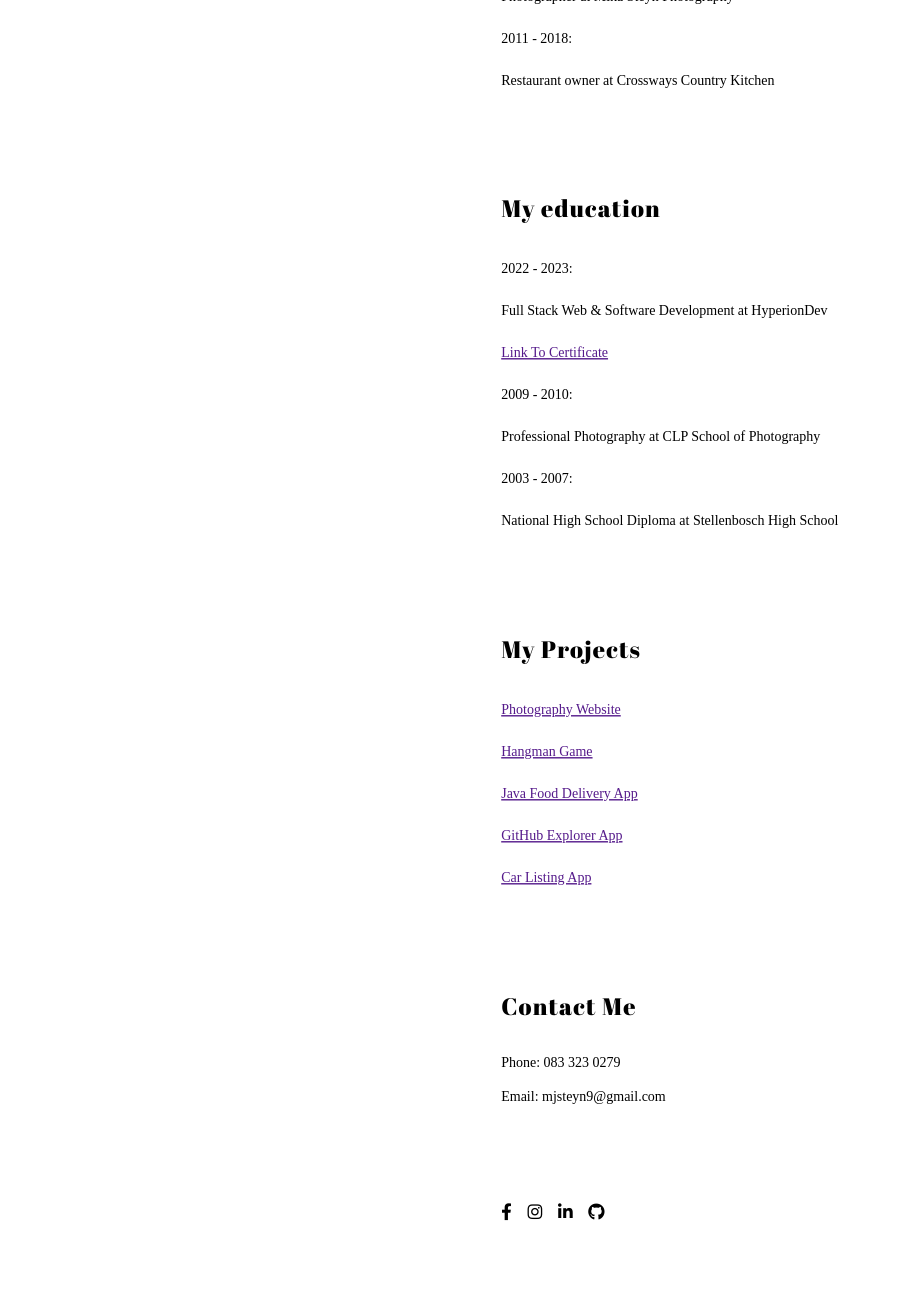
Repository: mikasteyn999/My-CV-Website
Page: index.html
These files come from the project's save history. The page is drawn as it stood at one moment and after the next save; the edit follows.
The browser window is 1280 px wide. The page is 1312 px wide, so the pictures cover 1312 px, including what lies to the right of the window. The pictures show the part of the page from y = 2362 to 4242 px (the page is 4242 px tall), at 70% of full size.
Some web fonts or font styles are not loaded; a fallback is used.

Above is the page before, as saved 2023-06-04 12:45:34.

### index.html
<!doctype html>
<html lang="en">
    <head>
        <!-- PAGE TITLE -->
        <title>Mika Steyn CV</title>
        <!-- FONTS -->
        <link href="https://fonts.googleapis.com/css?family=Abril+Fatface%7CArapey&amp;subset=latin-ext" rel="stylesheet">
        <!-- STYLESHEETS -->
        <link rel="stylesheet" type="text/css" href="assets/css/main.css">
        <link rel="stylesheet" href="https://cdnjs.cloudflare.com/ajax/libs/font-awesome/5.15.3/css/all.min.css">
    </head>
    <body>
        <!-- IMAGE CONTAINER -->
        <div class="image-container">
            <div class="background-img"></div>
        </div>
        <!-- CONTENT AREA -->
        <div class="content-area">
            <!-- CONTENT AREA INNER -->
            <div class="content-area-inner">
                <!-- INTRO -->
                <section id="intro">
                    <!-- CONTAINER MID -->
                    <div class="container-mid">
                            <h1>I’m Mika Steyn</h1>
                            <p class="subline">DEVELOPER  |  PHOTOGRAPHER  |  DATA ANALYST</p>
                    </div>
                </section>
                <!-- ABOUT -->
                <section id="about">
                    <h3>Why I can help you</h3>
                    <br>
                    <p>I am a multi-talented professional with a unique combination of skills in software development, photography, and data analysis. With a diploma in Full Stack Web & Software Development, I have a strong technical background and am proficient in several programming languages.
                        <br>
                        <br>
                        In addition to my expertise in software development, I have a passion for photography and have been honing my skills for several years. My focus is mostly on weddings & portraiture, playing with natural light in compelling ways.
                        <br>
                        <br>
                        Finally, I have a strong analytical mind and a deep understanding of data analysis. I have experience working with large datasets in the land surveying sector.
                        <br>
                        br
                        With a diverse skill set and a passion for learning new things, I am a dynamic professional who is able to take on a wide range of challenges and deliver exceptional results.</p></p>
                </section>
                <!-- SKILLS -->
                <section id="skills">
                    <h3>My skills</h3>
                    <!-- SKILLS LIST -->
                    <ul class="skills-list">
                        <li>Full Stack Web & Software Development</li>
                        <li>Wedding & Lifestyle Photography</li>
                        <li>Editing</li>
                        <li>Team Management</li>
                    </ul>
                    <h6>Programming Languages, Libraries & Frameworks:</h6>
                    <p>Javascript, HTML5, CSS, Java, SQL, Laravel, React, Node, Express, Mongo, Mongoose, Wordpress, PHP, Git & GitHub</p>
                </section>
                <!-- WORK EXPERIENCE -->
                <section id="work">
                    <h3>My work experience</h3>
                <!-- WORK LIST -->
                    <ul class="work-list">
                        <li>2021 - current:
                            <br>
                            3D Data Analyst at GN Surveys</li>
                        <li>2018 - current:
                            <br>
                            Photographer at Mika Steyn Photography</li>
                        <li>2011 - 2018:
                            <br>
                            Restaurant owner at Crossways Country Kitchen</li>
                    </ul>
                </section>
                <!-- EDUCATION -->
                <section id="education">
                    <h3>My education</h3>
                <!-- EDUCATION LIST -->
                    <ul class="education-list">
                        <li>2022 - 2023:
                            <br>
                            Full Stack Web & Software Development at HyperionDev
                            <br>
                            <a href="">Link To Certificate</a>
                        </li>
                        <li>2009 - 2010:
                            <br>
                            Professional Photography at CLP School of Photography</li>
                        <li>2003 - 2007:
                            <br>
                            National High School Diploma at Stellenbosch High School</li>
                    </ul>
                </section>
                <!-- PROJECTS -->
                <section id="projects">
                    <h3>My Projects</h3>
                    <!-- SKILLS LIST -->
                    <ul class="projects-list">
                        <li><a href="">Photography Website</a></li>
                        <li><a href="">Hangman Game</a></li>
                        <li><a href="">Java Food Delivery App</a></li>
                        <li><a href="">GitHub Explorer App</a></li>
                        <li><a href="">Car Listing App</a></li>
                    </ul>
                </section>
                <!-- CONTACT -->
                <section id="contact">
                    <h3>Contact Me</h3>
                    <!-- CONTACT LIST -->
                    <ul class="contact-list">
                        <li>Phone: 083 323 0279</li>
                        <li>Email: mjsteyn9@gmail.com</li>
                    </ul>
                </section>
                <!-- FOOTER -->
                <section id="footer" class="social-icons">
                    <!-- SOCIAL ICONS -->
                    <a href="https://www.facebook.com/mikasteynphotography"><i class="fab fa-facebook-f" aria-hidden="true"></i></a>
                    <a href="https://www.instagram.com/mikasteynphotography"><i class="fab fa-instagram" aria-hidden="true"></i></a>
                    <a href="https://www.linkedin.com/in/mika-steyn-169564208/"><i class="fab fa-linkedin-in" aria-hidden="true"></i></a>
                    <a href="https://github.com/mikasteyn999"><i class="fab fa-github" aria-hidden="true"></i></a>
                </section>
            </div>
        </div>
    </body>
</html>

### assets/css/main.css
html {
    font-size: 10px;
}

body {
    font-family: 'Arapey', serif;
    font-weight: 300;
    font-style: normal;
    color: #000;
    background: #fff;
    -webkit-font-smoothing: antialiased;
}

h1, h2, h3, h4, h5, h6 {
    font-family: 'Abril Fatface', cursive;
    font-weight: normal;
    letter-spacing: .05em;
    color: #000;;
}

h1 {
    font-size: 4.4rem;
}

h2 {
    font-size: 3.9rem;
}

h3 {
    font-size: 3.4rem;
}

h4 {
    font-size: 2.9rem;
}

h5 {
    font-size: 2.4rem;
}

h6 {
    font-size: 1.9rem;
}

p {
    font-size: 1.8rem;
}

@media (max-width:600px) {
    html {
        font-size: 8px;
    }
}

@media (max-width:500px) {
    html {
        font-size: 7px;
    }
}

.image-container {
    position: fixed;
    z-index: 10;
    top: 0;
    left: 0;

    width: 50%;
    height: 100%;
}

.image-container .background-img {
    position: absolute;
    z-index: 1;
    top: 0;
    left: 0;

    width: 100%;
    height: 100%;

    background: url(../img/profilePhoto.jpg);
    background-repeat: no-repeat;
    background-size: cover;
}

@media (max-width:1200px) {
    .image-container {
        position: relative;
        z-index: 10;
        top: 0;
        left: 0;

        width: 100%;
        height: 100vh;
    }
}

.content-area {
    position: relative;
    left: 0;

    width: 100%;
}

.content-area .content-area-inner {
    position: relative;
    left: 50%;

    width: 50%;
    padding: 0 20px;
    overflow-x: hidden;
}

.content-area .content-area-inner section {
    max-width: 520px;
    margin: 0 auto 18vh auto;
}

@media (max-width:1200px) {
    .content-area .content-area-inner {
        left: 0;

        width: 100%;
        padding: 0 20px;
    }
}

#intro {
    position: relative;
    height: 100vh;
    margin-bottom: 0;
}

#intro .container-mid {
    position: absolute;
    top: 50%;
    width: 100%;
    -webkit-transform: translateY(-50%);
        -ms-transform: translateY(-50%);
            transform: translateY(-50%);
}

#intro .container-mid p.subline {
    font-size: 2.2rem;
    line-height: 1.6em;
    margin-top: 2em;
    margin-bottom: 2.2em;
}

@media (max-width:1200px) {
    #intro {
        height: auto;
    }

    #intro .container-mid {
        position: relative;
        top: 0;
        margin: 15vh 0;
        -webkit-transform: translate(0);
            -ms-transform: translate(0);
                transform: translate(0);
    }
}

#about p {
    line-height: 1.5em;
    margin-bottom: 2em;
}

#about p:last-child {
    margin-bottom: 0;
}

#skills .skills-list {
    margin-bottom: 0;
    padding: 0;

    list-style: none;
}

#skills .skills-list li {
    font-size: 2rem;
    line-height: 3em;
}

#projects .projects-list {
    margin-bottom: 0;
    padding: 0;

    list-style: none;
}

#projects .projects-list li {
    font-size: 2rem;
    line-height: 3em;
}

#work .work-list {
    margin-bottom: 0;
    padding: 0;

    list-style: none;
}

#work .work-list li {
    font-size: 2rem;
    line-height: 3em;
}

#education .education-list {
    margin-bottom: 0;
    padding: 0;
    list-style: none;
}

#education .education-list li {
    font-size: 2rem;
    line-height: 3em;
}

#contact .contact-list {
    margin-bottom: 3.4em;
    padding: 0;
    list-style: none;
}

#contact .contact-list li {
    font-size: 2rem;
    line-height: 2.4em;
}


#footer .fa-facebook-f, .fa-instagram, .fa-linkedin-in, .fa-github {
    padding-right: 20px;
    font-size: x-large;
    color: #000;
}

After the next save:
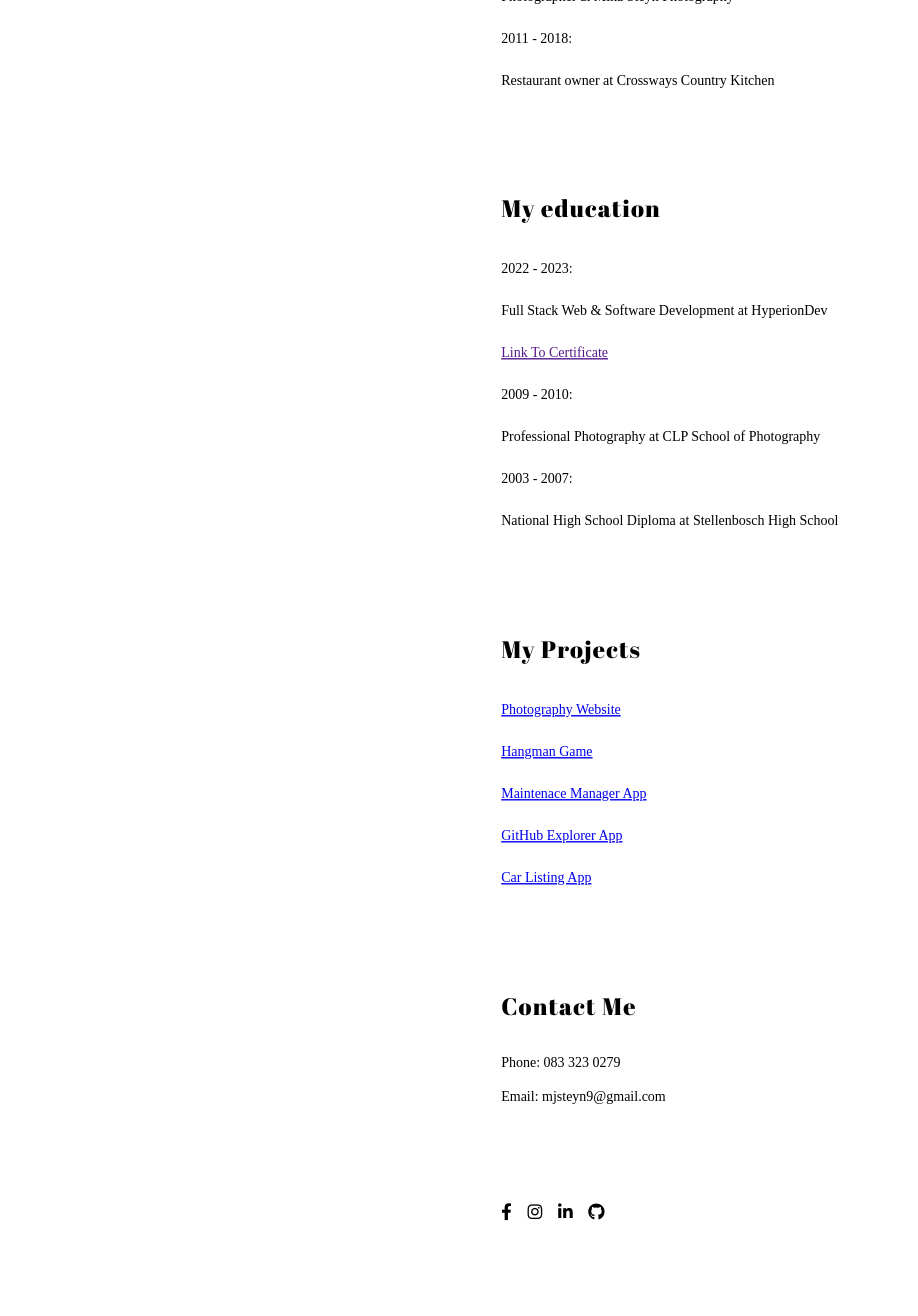
Saved 5 days later.
--- a/index.html
+++ b/index.html
@@ -94,11 +94,11 @@
                     <h3>My Projects</h3>
                     <!-- SKILLS LIST -->
                     <ul class="projects-list">
-                        <li><a href="">Photography Website</a></li>
-                        <li><a href="">Hangman Game</a></li>
-                        <li><a href="">Java Food Delivery App</a></li>
-                        <li><a href="">GitHub Explorer App</a></li>
-                        <li><a href="">Car Listing App</a></li>
+                        <li><a href="https://github.com/mikasteyn999/Photography-Website">Photography Website</a></li>
+                        <li><a href="https://github.com/mikasteyn999/Hangman-Game">Hangman Game</a></li>
+                        <li><a href="https://github.com/mikasteyn999/Maintenance-Manager-App">Maintenace Manager App</a></li>
+                        <li><a href="https://github.com/mikasteyn999/Github-Explorer">GitHub Explorer App</a></li>
+                        <li><a href="https://github.com/mikasteyn999/Car-Listing-App">Car Listing App</a></li>
                     </ul>
                 </section>
                 <!-- CONTACT -->
